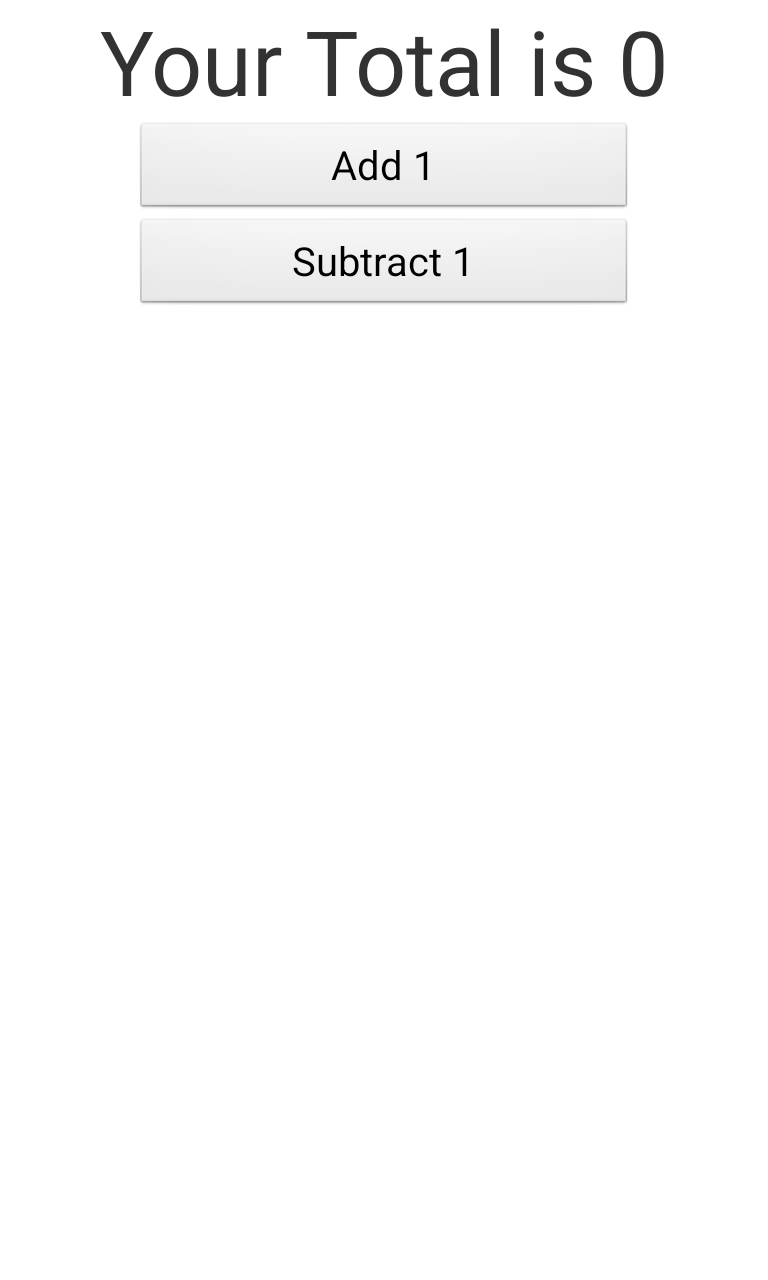
Repository: INBASD/Solar-Power-Project
Layout: Solar power calculator android/res/layout/activity_main.xml
An editor plug-in stored every save of this project. The layout is shown before and after the next save, followed by the edit.
It is drawn on a 768 x 1280 px phone screen (xhdpi) without system bars, with theme AppTheme; the app's code is not run.

Above is the layout before, as saved 2012-08-27 09:26:05.

After the next save:
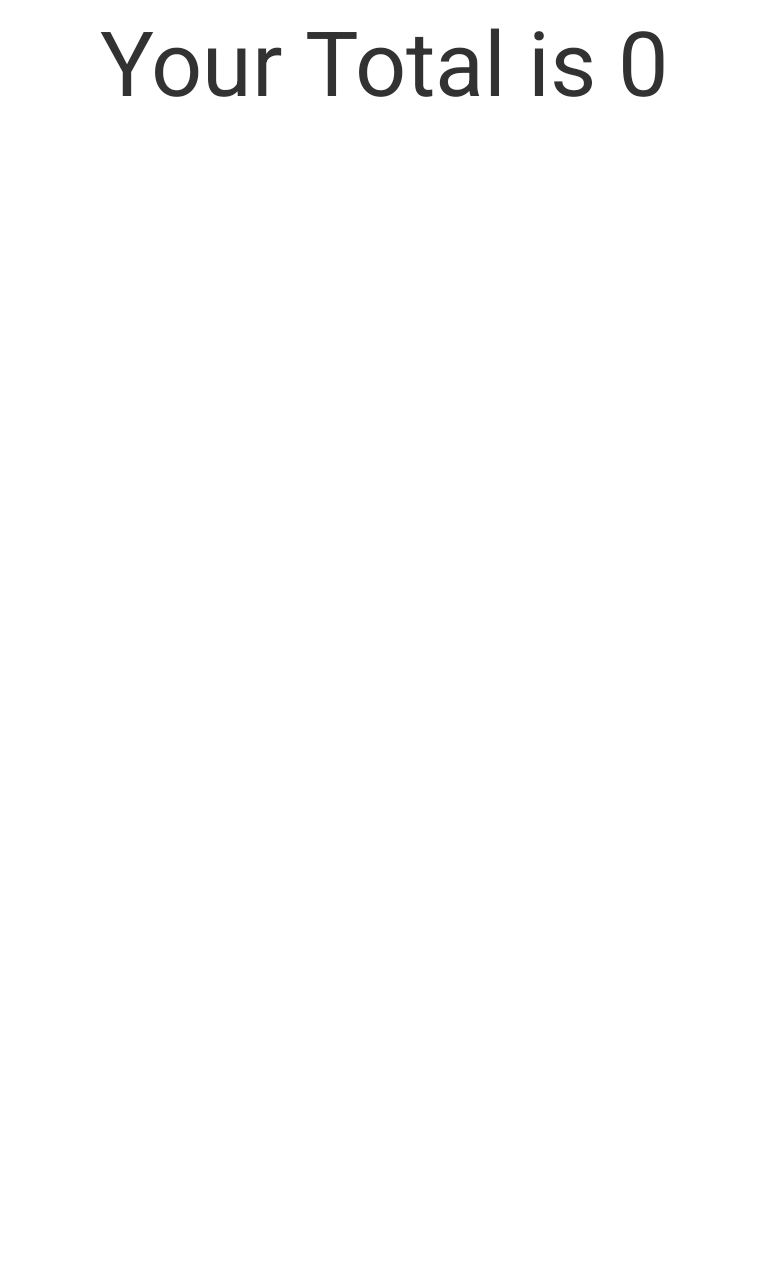
Saved 5 min 18 s later.
--- a/Solar power calculator android/res/layout/activity_main.xml
+++ b/Solar power calculator android/res/layout/activity_main.xml
@@ -13,7 +13,9 @@
         android:layout_gravity="center"
         android:gravity="center"
         android:id="@+id/tvDisplay"/>
-
+    <LinearLayout xmlns:android="http://schemas.android.com/apk/res/android" android:orientation="horrizontal"
+    android:layout_width="content_wrap"
+    android:layout_height="content_wrap" >
     <Button
         android:layout_width="250dp"
         android:layout_height="wrap_content"

After the save that followed:
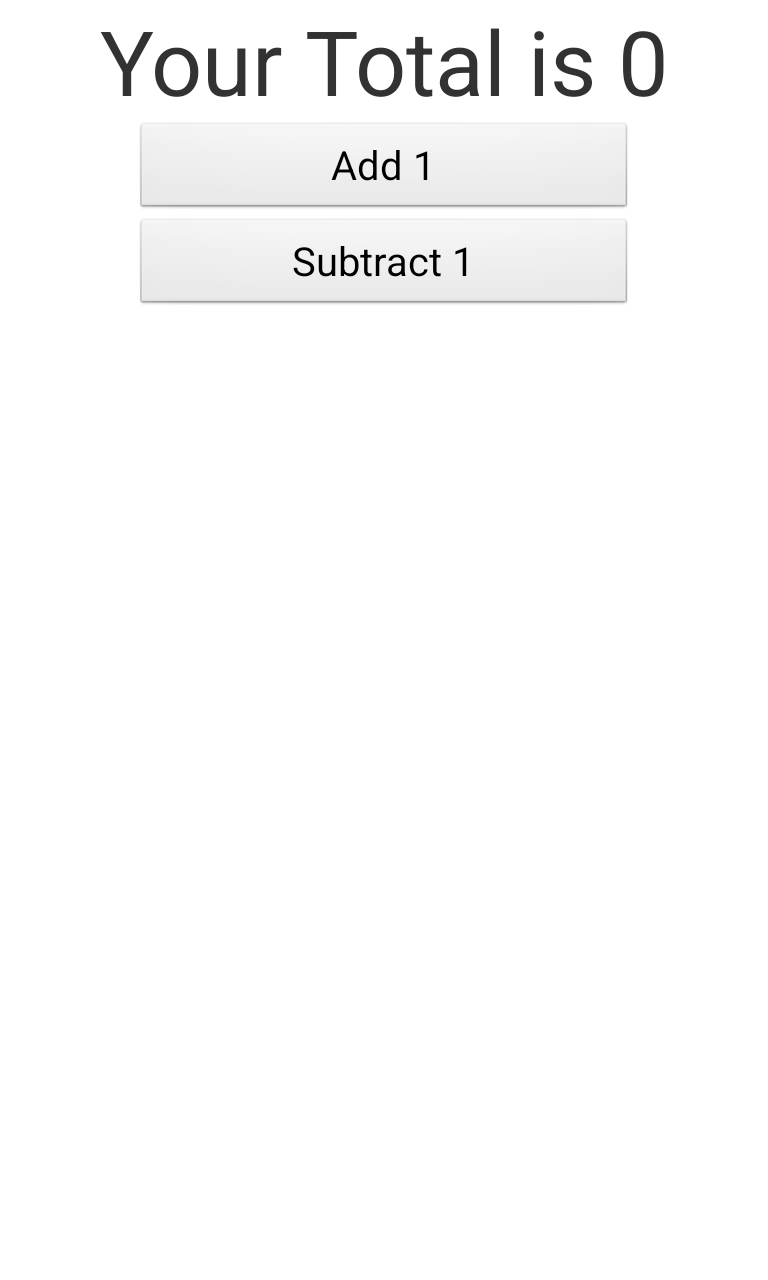
Saved 84 s later.
--- a/Solar power calculator android/res/layout/activity_main.xml
+++ b/Solar power calculator android/res/layout/activity_main.xml
@@ -13,7 +13,7 @@
         android:layout_gravity="center"
         android:gravity="center"
         android:id="@+id/tvDisplay"/>
-    <LinearLayout xmlns:android="http://schemas.android.com/apk/res/android" android:orientation="horrizontal"
+    <LinearLayout xmlns:android="http://schemas.android.com/apk/res/android" android:orientation="horrizontal" />
     android:layout_width="content_wrap"
     android:layout_height="content_wrap" >
     <Button
@@ -31,5 +31,5 @@
         android:layout_gravity="center"
         android:textSize="20dp"
         android:id="@+id/bsub"/>
-
+    </LinearLayout>
 </LinearLayout>
